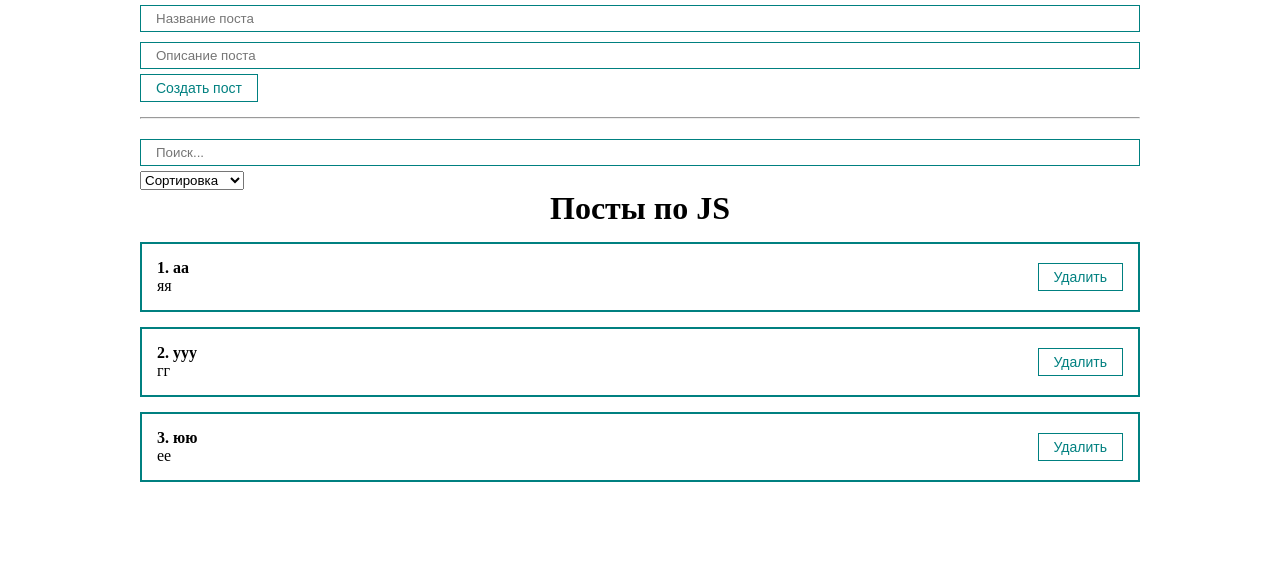
Repository: otvertka/ulb
Page: /
The author's editor kept a copy of each file at every save. The page is drawn from the files as they stood at one save, then again after the next save.
The browser window is 1280 px wide. The pictures show the whole page.
The project was rebuilt for these pictures with package versions that can differ from the ones it lists, and the page was loaded fresh each time. Also part of the build but not shown: src/components/Counter.jsx, src/components/ClassCounter.jsx.

Above is the page before, as saved 2023-06-13 11:42:12.

### public/index.html
<!DOCTYPE html>
<html lang="en">
  <head>
    <meta charset="utf-8" />
    <meta name="viewport" content="width=device-width, initial-scale=1" />

    <title>React App</title>
  </head>
  <body>
    <noscript>You need to enable JavaScript to run this app.</noscript>
    <div id="root">
      <!-- ЗДЕСЬ БУДЕТ НАШЕ JS ПРИЛОЖЕНИЕ -->
    </div>
  </body>
</html>

### src/index.js
import React from "react";
import ReactDOM from "react-dom";
import App from "./App";

// const root = ReactDOM.createRoot(document.getElementById("root"));
// root.render(<App />);
ReactDOM.render(<App />, document.getElementById("root"));

### src/App.js
import React, { useState, useMemo, useRef } from "react";

import Counter from "./components/Counter";
import ClassCounter from "./components/ClassCounter";
import "./styles/App.css";
import PostItem from "./components/PostItem";
import PostList from "./components/PostList";
import MyButton from "./components/UI/button/MyButton";
import MyInput from "./components/UI/input/MyInput";
import PostForm from "./components/PostForm";
import MySelect from "./components/UI/select/MySelect";
import PostFilter from "./components/PostFilter";
import MyModal from "./components/UI/MyModal/MyModal";

function App() {
  const [posts, setPosts] = useState([
    { id: 1, title: "аа", body: "яя" },
    { id: 2, title: "ууу", body: "гг" },
    { id: 3, title: "юю", body: "ее" },
  ]);

  const [filter, setFilter] = useState({ sort: "", query: "" });

  const sortedPosts = useMemo(() => {
    // console.log("ОТРАБОТАЛА ФУНКЦИЯ СОРТЕД ПОСТ");
    if (filter.sort) {
      return [...posts].sort(
        (a, b) => a[filter.sort].localeCompare(b[filter.sort]) // развернём Посты в новый массив и мутируем его
      );
    }
    return posts;
  }, [filter.sort, posts]);

  const sortedAndSearchedPosts = useMemo(() => {
    return sortedPosts.filter((post) =>
      post.title.toLowerCase().includes(filter.query.toLowerCase())
    );
  }, [filter.query, sortedPosts]);

  const createPost = (newPost) => {
    setPosts([...posts, newPost]);
  };

  // Получаем post из дочернего компонента
  const removePost = (post) => {
    setPosts(posts.filter((p) => p.id !== post.id));
  };

  // импортируем компонент
  return (
    <div className="App">
      <MyModal>
        <PostForm create={createPost} />
      </MyModal>
      {/* передаём в компонент функцию обратного вызова, чтобы добавить в родительский массив дочерний новый элемент */}

      <hr style={{ margin: "15px 0" }} />
      <PostFilter filter={filter} setFilter={setFilter} />
      <PostList
        remove={removePost}
        posts={sortedAndSearchedPosts}
        title="Посты по JS"
      />
    </div>
  );
}

export default App;

### src/styles/App.css
* {
  margin: 0;
  padding: 0;
  box-sizing: border-box;
}

/* Рут- блок из index.html */
#root {
  display: flex;
  justify-content: center;
}

.App {
  width: 1000px;
}

.post {
  display: flex;
  padding: 15px;
  border: 2px solid teal;
  margin-top: 15px;
  justify-content: space-between;
  align-items: center;
}

### src/components/PostItem.jsx
import React from "react";
import MyButton from "./UI/button/MyButton";

// Props - входные данные в контексте Реакта. Можно представлять, что это аргумент функции, в кот. мы можем что-то передавать снаружи
const PostItem = (props) => {
  // console.log(props);
  return (
    <div className="post">
      <div className="post__content">
        <strong>
          {props.number}. {props.post.title}
        </strong>
        <div>{props.post.body}</div>
      </div>
      <div className="post__btns">
        <MyButton onClick={() => props.remove(props.post)}>Удалить</MyButton>
      </div>
    </div>
  );
};

export default PostItem;

### src/components/PostList.jsx
import React from "react";
import PostItem from "./PostItem";

const PostList = ({ posts, title, remove }) => {
  return (
    <div>
      <h1 style={{ textAlign: "center" }}>{title}</h1>
      {posts.map((post, index) => (
        <PostItem
          remove={remove}
          number={index + 1}
          post={post}
          key={post.id}
        />
      ))}
    </div>
  );
};

export default PostList;

### src/components/UI/button/MyButton.jsx
import React from "react";
import classes from "./MyButton.module.css";

const MyButton = ({ children, ...props }) => {
  return (
    //
    <button {...props} className={classes.myBtn}>
      {children}
    </button>
  );
};

export default MyButton;

### src/components/UI/input/MyInput.jsx
import React from "react";
import classes from "./MyInput.module.css";

const MyInput = React.forwardRef((props, ref) => {
  return (
    //
    <input ref={ref} className={classes.myInput} {...props} />
  );
});

export default MyInput;

### src/components/PostForm.jsx
import React, { useState } from "react";
import MyInput from "./UI/input/MyInput";
import MyButton from "./UI/button/MyButton";

const PostForm = ({ create }) => {
  const [post, setPost] = useState({ title: "", body: "" });

  const addNewPost = (e) => {
    e.preventDefault();

    const newPost = { ...post, id: Date.now() };
    create(newPost);
    setPost({ title: "", body: "" });
  };
  return (
    <form>
      {/* Управляемый компонент */}
      <MyInput
        value={post.title}
        onChange={(e) => setPost({ ...post, title: e.target.value })}
        type="text"
        placeholder="Название поста"
      ></MyInput>
      {/* Неуправляемый\ Неконтролируемый компонент */}
      <MyInput
        value={post.body}
        onChange={(e) => setPost({ ...post, body: e.target.value })}
        type="text"
        placeholder="Описание поста"
      ></MyInput>
      <MyButton onClick={addNewPost}>Создать пост</MyButton>
    </form>
  );
};

export default PostForm;

### src/components/UI/select/MySelect.jsx
import React from "react";

const MySelect = ({ options, defaultValue, value, onChange }) => {
  return (
    //
    <select value={value} onChange={(event) => onChange(event.target.value)}>
      <option disabled value="">
        {defaultValue}
      </option>
      {options.map((option) => (
        <option key={option.value} value={option.value}>
          {option.name}
        </option>
      ))}
    </select>
  );
};

export default MySelect;

### src/components/PostFilter.jsx
import React from "react";
import MyInput from "./UI/input/MyInput";
import MySelect from "./UI/select/MySelect";

const PostFilter = ({ filter, setFilter }) => {
  return (
    //
    <div>
      <MyInput
        value={filter.query}
        onChange={(e) => setFilter({ ...filter, query: e.target.value })}
        placeholder="Поиск..."
      />
      <MySelect
        value={filter.sort}
        onChange={(selectedSort) =>
          setFilter({ ...filter, sort: selectedSort })
        }
        defaultValue="Сортировка"
        options={[
          { value: "title", name: "По названию" },
          { value: "body", name: "По описанию" },
        ]}
      />
    </div>
  );
};

export default PostFilter;

### src/components/UI/MyModal/MyModal.jsx
import React from "react";
import cl from "./MyModal.module.css";

const MyModal = ({ children }) => {
  return (
    //
    <div className={[cl.MyModal, cl.active].join(" ")}>
      <div className={cl.MyModalContent}>{children}</div>
    </div>
  );
};

export default MyModal;

### src/components/UI/MyModal/MyModal.module.css
.myModal {
  position: fixed;
  top: 0;
  bottom: 0;
  right: 0;
  left: 0;
  display: none;
  background: rgba(0, 0, 0, 0.4);
}

.myModalContent {
  padding: 25px;
  background: white;
  border-radius: 16px;
  min-width: 250px;
}

.myModal.active {
  display: flex;
  justify-content: center;
  align-items: center;
}

Loaded but not shown: src/components/UI/button/MyButton.module.css (common file); src/components/UI/input/MyInput.module.css (common file)

After the next save:
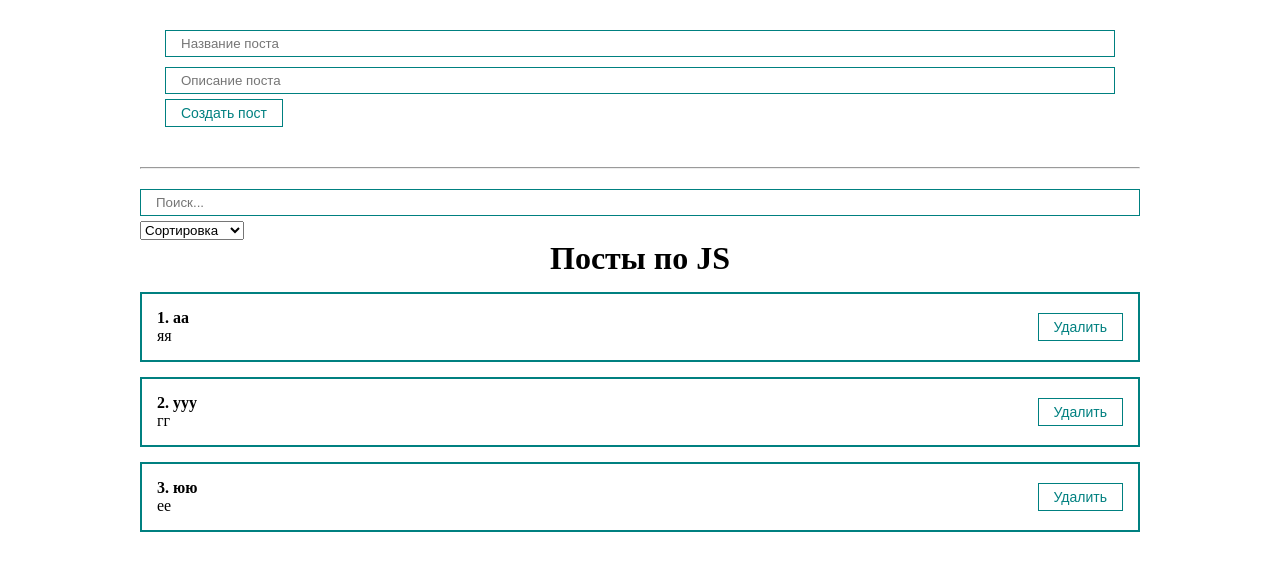
Saved 104 s later.
--- a/src/components/UI/MyModal/MyModal.jsx
+++ b/src/components/UI/MyModal/MyModal.jsx
@@ -5,7 +5,7 @@ const MyModal = ({ children }) => {
   return (
     //
     <div className={[cl.MyModal, cl.active].join(" ")}>
-      <div className={cl.MyModalContent}>{children}</div>
+      <div className={cl.myModalContent}>{children}</div>
     </div>
   );
 };
